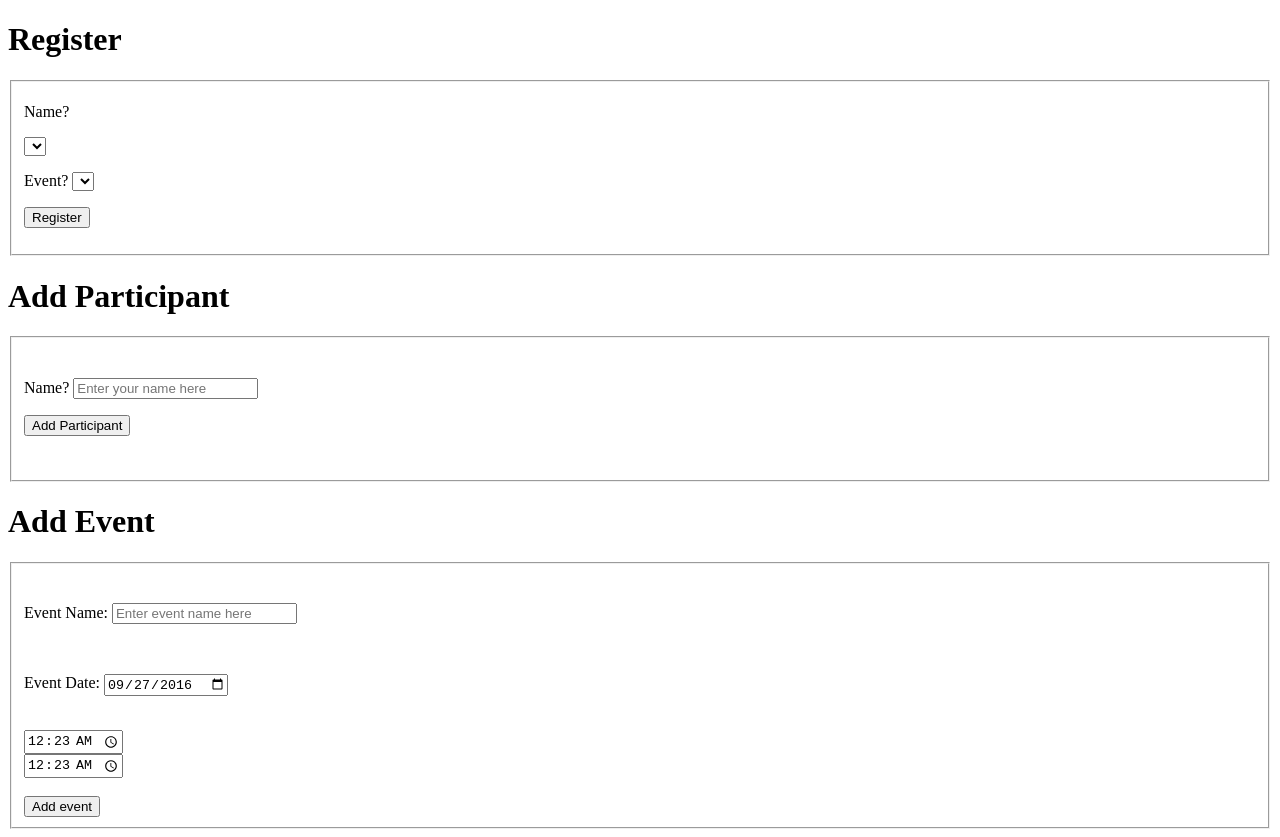
Repository: erickzhao/Event-Registration-Application
Page: http://localhost/
The author's editor kept a copy of each file at every save. The page is drawn from the files as they stood at one save, then again after the next save.
The browser window is 1280 px wide. The pictures show the whole page.
The page is run by PHP 8.4 with error messages shown; the project is at /var/www/html/.

Above is the page before, as saved 2016-09-28 05:15:08.

### workspace-web/EventRegistration/EventRegistration/index.php
<!DOCTYPE html>
<html>
	<head>
		<meta charset="UTF-8">
		<title> Event Registration </title>
		<style>
			.error {color:#FF0000;}
		</style>
	</head>
	<body>
		<?php
			require_once "model/Participant.php";
			require_once "model/Registration.php";
			require_once "model/RegistrationManager.php";
			require_once "model/Event.php";
			require_once "persistence/PersistenceEventRegistration.php";
			session_start();

			//Retreive data from the model
			$pm = new PersistenceEventRegistration();
			$rm = $pm->loadDataFromStore();

			echo "<h1>Register</h1>";
			echo "<form action='register.php' method='post'>";
			echo "<fieldset>";
			echo "<p>Name?</p> <select name='participantspinner'>";
			foreach ($rm->getParticipants() as $participant){
				echo "<option>" . $participant->getName() . "</option>";
			}
			echo "</select><span class='error'>";
			if (isset($_SESSION['errorRegisterParticipant']) && !empty($_SESSION['errorRegisterParticipant'])){
				echo " * " . $_SESSION["errorRegisterParticipant"];
			}
			echo "</span></p>";
			echo "<p>Event? <select name='eventspinner'>";
			foreach ($rm->getEvents() as $event){
				echo "<option>" . $event->getName() . "</option>";
			}
			echo "</select><span class='error'>";
			if (isset($_SESSION['errorRegisterEvent']) && !empty($_SESSION['errorRegisterEvent'])){
				echo " * " . $_SESSION["errorRegisterEvent"];
			}
			echo "</span></p>";
			echo "<p><input type='submit' value='Register'/></p>";
			echo "</fieldset>";
			echo "</form>";
		?>
		<h1> Add Participant </h1>
		<form action = "addparticipant.php" method="post">
			<fieldset>
			<br>
			<p>Name? <input type="text" name="participant_name" placeholder="Enter your name here"/>
			<span class="error">
			<?php
			if (isset($_SESSION['errorParticipantName']) && !empty($_SESSION['errorParticipantName'])){
				echo " * " . $_SESSION["errorParticipantName"];
			}
			?>
			</span></p>
			<p><input type="submit" value="Add Participant"/></p>
			<br>
			</fieldset>
		</form>

		<h1>Add Event</h1>
		<form action = "addevent.php" method="post">
			<fieldset>
			<br>
			<p> Event Name: <input type="text" name="event_name" placeholder="Enter event name here"/>
			<span class="error">
			<?php
			if (isset($_SESSION['errorEventName']) && !empty($_SESSION['errorEventName'])){
				echo " * " . $_SESSION["errorEventName"];
			}
			?>
			</span></p>
			<br>
			<p> Event Date: <input type="date" name="event_date" value="<?php echo date('Y-m-d'); ?>" />
			<span class="error">
			<?php
			if (isset($_SESSION['errorEventDate']) && !empty($_SESSION['errorEventDate'])){
				echo " * " . $_SESSION["errorEventDate"];
			}
			?>
			</span></p>
			<br>
			<input type="time" name="starttime" value="<?php echo date('H:i'); ?>" />
			<span class="error">
			<?php
			if (isset($_SESSION['errorEventstarttime']) && !empty($_SESSION['errorEventstarttime'])){
				echo " * " . $_SESSION["errorEventstarttime"];
			}
			?>
			</span>
			<br>
			<input type="time" name="endtime" value="<?php echo date('H:i'); ?>" /> <br>
			<span class="error">
			<?php
			if (isset($_SESSION['errorEventendtime']) && !empty($_SESSION['errorEventendtime'])){
				echo " * " . $_SESSION["errorEventendtime"];
			}
			?>
			</span>
			<br>
			<input type="submit" value="Add event">
			<br>
			</fieldset>
		</form>
	</body>
</html>

### workspace-web/EventRegistration/EventRegistration/model/Participant.php
<?php
/*PLEASE DO NOT EDIT THIS CODE*/
/*This code was generated using the UMPLE 1.22.0.5146 modeling language!*/

class Participant
{

  //------------------------
  // MEMBER VARIABLES
  //------------------------

  //Participant Attributes
  private $name;

  //------------------------
  // CONSTRUCTOR
  //------------------------

  public function __construct($aName)
  {
    $this->name = $aName;
  }

  //------------------------
  // INTERFACE
  //------------------------

  public function setName($aName)
  {
    $wasSet = false;
    $this->name = $aName;
    $wasSet = true;
    return $wasSet;
  }

  public function getName()
  {
    return $this->name;
  }

  public function equals($compareTo)
  {
    return $this == $compareTo;
  }

  public function delete()
  {}

}
?>

### workspace-web/EventRegistration/EventRegistration/model/Registration.php
<?php
/*PLEASE DO NOT EDIT THIS CODE*/
/*This code was generated using the UMPLE 1.22.0.5146 modeling language!*/

class Registration
{

  //------------------------
  // STATIC VARIABLES
  //------------------------

  private static $nextId = 1;

  //------------------------
  // MEMBER VARIABLES
  //------------------------

  //Autounique Attributes
  private $id;

  //Registration Associations
  private $participant;
  private $event;

  //------------------------
  // CONSTRUCTOR
  //------------------------

  public function __construct($aParticipant, $aEvent)
  {
    $this->id = self::$nextId++;
    if (!$this->setParticipant($aParticipant))
    {
      throw new Exception("Unable to create Registration due to aParticipant");
    }
    if (!$this->setEvent($aEvent))
    {
      throw new Exception("Unable to create Registration due to aEvent");
    }
  }

  //------------------------
  // INTERFACE
  //------------------------

  public function getId()
  {
    return $this->id;
  }

  public function getParticipant()
  {
    return $this->participant;
  }

  public function getEvent()
  {
    return $this->event;
  }

  public function setParticipant($aNewParticipant)
  {
    $wasSet = false;
    if ($aNewParticipant != null)
    {
      $this->participant = $aNewParticipant;
      $wasSet = true;
    }
    return $wasSet;
  }

  public function setEvent($aNewEvent)
  {
    $wasSet = false;
    if ($aNewEvent != null)
    {
      $this->event = $aNewEvent;
      $wasSet = true;
    }
    return $wasSet;
  }

  public function equals($compareTo)
  {
    return $this == $compareTo;
  }

  public function delete()
  {
    $this->participant = null;
    $this->event = null;
  }

}
?>

### workspace-web/EventRegistration/EventRegistration/model/RegistrationManager.php
<?php
/*PLEASE DO NOT EDIT THIS CODE*/
/*This code was generated using the UMPLE 1.22.0.5146 modeling language!*/

class RegistrationManager
{

  //------------------------
  // STATIC VARIABLES
  //------------------------

  private static $theInstance = null;

  //------------------------
  // MEMBER VARIABLES
  //------------------------

  //RegistrationManager Associations
  private $registrations;
  private $participants;
  private $events;

  //------------------------
  // CONSTRUCTOR
  //------------------------

  private function __construct()
  {
    $this->registrations = array();
    $this->participants = array();
    $this->events = array();
  }

  public static function getInstance()
  {
    if(self::$theInstance == null)
    {
      self::$theInstance = new RegistrationManager();
    }
    return self::$theInstance;
  }

  //------------------------
  // INTERFACE
  //------------------------

  public function getRegistration_index($index)
  {
    $aRegistration = $this->registrations[$index];
    return $aRegistration;
  }

  public function getRegistrations()
  {
    $newRegistrations = $this->registrations;
    return $newRegistrations;
  }

  public function numberOfRegistrations()
  {
    $number = count($this->registrations);
    return $number;
  }

  public function hasRegistrations()
  {
    $has = $this->numberOfRegistrations() > 0;
    return $has;
  }

  public function indexOfRegistration($aRegistration)
  {
    $wasFound = false;
    $index = 0;
    foreach($this->registrations as $registration)
    {
      if ($registration->equals($aRegistration))
      {
        $wasFound = true;
        break;
      }
      $index += 1;
    }
    $index = $wasFound ? $index : -1;
    return $index;
  }

  public function getParticipant_index($index)
  {
    $aParticipant = $this->participants[$index];
    return $aParticipant;
  }

  public function getParticipants()
  {
    $newParticipants = $this->participants;
    return $newParticipants;
  }

  public function numberOfParticipants()
  {
    $number = count($this->participants);
    return $number;
  }

  public function hasParticipants()
  {
    $has = $this->numberOfParticipants() > 0;
    return $has;
  }

  public function indexOfParticipant($aParticipant)
  {
    $wasFound = false;
    $index = 0;
    foreach($this->participants as $participant)
    {
      if ($participant->equals($aParticipant))
      {
        $wasFound = true;
        break;
      }
      $index += 1;
    }
    $index = $wasFound ? $index : -1;
    return $index;
  }

  public function getEvent_index($index)
  {
    $aEvent = $this->events[$index];
    return $aEvent;
  }

  public function getEvents()
  {
    $newEvents = $this->events;
    return $newEvents;
  }

  public function numberOfEvents()
  {
    $number = count($this->events);
    return $number;
  }

  public function hasEvents()
  {
    $has = $this->numberOfEvents() > 0;
    return $has;
  }

  public function indexOfEvent($aEvent)
  {
    $wasFound = false;
    $index = 0;
    foreach($this->events as $event)
    {
      if ($event->equals($aEvent))
      {
        $wasFound = true;
        break;
      }
      $index += 1;
    }
    $index = $wasFound ? $index : -1;
    return $index;
  }

  public static function minimumNumberOfRegistrations()
  {
    return 0;
  }

  public function addRegistration($aRegistration)
  {
    $wasAdded = false;
    if ($this->indexOfRegistration($aRegistration) !== -1) { return false; }
    $this->registrations[] = $aRegistration;
    $wasAdded = true;
    return $wasAdded;
  }

  public function removeRegistration($aRegistration)
  {
    $wasRemoved = false;
    if ($this->indexOfRegistration($aRegistration) != -1)
    {
      unset($this->registrations[$this->indexOfRegistration($aRegistration)]);
      $this->registrations = array_values($this->registrations);
      $wasRemoved = true;
    }
    return $wasRemoved;
  }

  public function addRegistrationAt($aRegistration, $index)
  {
    $wasAdded = false;
    if($this->addRegistration($aRegistration))
    {
      if($index < 0 ) { $index = 0; }
      if($index > $this->numberOfRegistrations()) { $index = $this->numberOfRegistrations() - 1; }
      array_splice($this->registrations, $this->indexOfRegistration($aRegistration), 1);
      array_splice($this->registrations, $index, 0, array($aRegistration));
      $wasAdded = true;
    }
    return $wasAdded;
  }

  public function addOrMoveRegistrationAt($aRegistration, $index)
  {
    $wasAdded = false;
    if($this->indexOfRegistration($aRegistration) !== -1)
    {
      if($index < 0 ) { $index = 0; }
      if($index > $this->numberOfRegistrations()) { $index = $this->numberOfRegistrations() - 1; }
      array_splice($this->registrations, $this->indexOfRegistration($aRegistration), 1);
      array_splice($this->registrations, $index, 0, array($aRegistration));
      $wasAdded = true;
    }
    else
    {
      $wasAdded = $this->addRegistrationAt($aRegistration, $index);
    }
    return $wasAdded;
  }

  public static function minimumNumberOfParticipants()
  {
    return 0;
  }

  public function addParticipant($aParticipant)
  {
    $wasAdded = false;
    if ($this->indexOfParticipant($aParticipant) !== -1) { return false; }
    $this->participants[] = $aParticipant;
    $wasAdded = true;
    return $wasAdded;
  }

  public function removeParticipant($aParticipant)
  {
    $wasRemoved = false;
    if ($this->indexOfParticipant($aParticipant) != -1)
    {
      unset($this->participants[$this->indexOfParticipant($aParticipant)]);
      $this->participants = array_values($this->participants);
      $wasRemoved = true;
    }
    return $wasRemoved;
  }

  public function addParticipantAt($aParticipant, $index)
  {
    $wasAdded = false;
    if($this->addParticipant($aParticipant))
    {
      if($index < 0 ) { $index = 0; }
      if($index > $this->numberOfParticipants()) { $index = $this->numberOfParticipants() - 1; }
      array_splice($this->participants, $this->indexOfParticipant($aParticipant), 1);
      array_splice($this->participants, $index, 0, array($aParticipant));
      $wasAdded = true;
    }
    return $wasAdded;
  }

  public function addOrMoveParticipantAt($aParticipant, $index)
  {
    $wasAdded = false;
    if($this->indexOfParticipant($aParticipant) !== -1)
    {
      if($index < 0 ) { $index = 0; }
      if($index > $this->numberOfParticipants()) { $index = $this->numberOfParticipants() - 1; }
      array_splice($this->participants, $this->indexOfParticipant($aParticipant), 1);
      array_splice($this->participants, $index, 0, array($aParticipant));
      $wasAdded = true;
    }
    else
    {
      $wasAdded = $this->addParticipantAt($aParticipant, $index);
    }
    return $wasAdded;
  }

  public static function minimumNumberOfEvents()
  {
    return 0;
  }

  public function addEvent($aEvent)
  {
    $wasAdded = false;
    if ($this->indexOfEvent($aEvent) !== -1) { return false; }
    $this->events[] = $aEvent;
    $wasAdded = true;
    return $wasAdded;
  }

  public function removeEvent($aEvent)
  {
    $wasRemoved = false;
    if ($this->indexOfEvent($aEvent) != -1)
    {
      unset($this->events[$this->indexOfEvent($aEvent)]);
      $this->events = array_values($this->events);
      $wasRemoved = true;
    }
    return $wasRemoved;
  }

  public function addEventAt($aEvent, $index)
  {
    $wasAdded = false;
    if($this->addEvent($aEvent))
    {
      if($index < 0 ) { $index = 0; }
      if($index > $this->numberOfEvents()) { $index = $this->numberOfEvents() - 1; }
      array_splice($this->events, $this->indexOfEvent($aEvent), 1);
      array_splice($this->events, $index, 0, array($aEvent));
      $wasAdded = true;
    }
    return $wasAdded;
  }

  public function addOrMoveEventAt($aEvent, $index)
  {
    $wasAdded = false;
    if($this->indexOfEvent($aEvent) !== -1)
    {
      if($index < 0 ) { $index = 0; }
      if($index > $this->numberOfEvents()) { $index = $this->numberOfEvents() - 1; }
      array_splice($this->events, $this->indexOfEvent($aEvent), 1);
      array_splice($this->events, $index, 0, array($aEvent));
      $wasAdded = true;
    }
    else
    {
      $wasAdded = $this->addEventAt($aEvent, $index);
    }
    return $wasAdded;
  }

  public function equals($compareTo)
  {
    return $this == $compareTo;
  }

  public function delete()
  {
    $this->registrations = array();
    $this->participants = array();
    $this->events = array();
  }

}
?>

### workspace-web/EventRegistration/EventRegistration/model/Event.php
<?php
/*PLEASE DO NOT EDIT THIS CODE*/
/*This code was generated using the UMPLE 1.22.0.5146 modeling language!*/

class Event
{

  //------------------------
  // MEMBER VARIABLES
  //------------------------

  //Event Attributes
  private $name;
  private $eventDate;
  private $startTime;
  private $endTime;

  //------------------------
  // CONSTRUCTOR
  //------------------------

  public function __construct($aName, $aEventDate, $aStartTime, $aEndTime)
  {
    $this->name = $aName;
    $this->eventDate = $aEventDate;
    $this->startTime = $aStartTime;
    $this->endTime = $aEndTime;
  }

  //------------------------
  // INTERFACE
  //------------------------

  public function setName($aName)
  {
    $wasSet = false;
    $this->name = $aName;
    $wasSet = true;
    return $wasSet;
  }

  public function setEventDate($aEventDate)
  {
    $wasSet = false;
    $this->eventDate = $aEventDate;
    $wasSet = true;
    return $wasSet;
  }

  public function setStartTime($aStartTime)
  {
    $wasSet = false;
    $this->startTime = $aStartTime;
    $wasSet = true;
    return $wasSet;
  }

  public function setEndTime($aEndTime)
  {
    $wasSet = false;
    $this->endTime = $aEndTime;
    $wasSet = true;
    return $wasSet;
  }

  public function getName()
  {
    return $this->name;
  }

  public function getEventDate()
  {
    return $this->eventDate;
  }

  public function getStartTime()
  {
    return $this->startTime;
  }

  public function getEndTime()
  {
    return $this->endTime;
  }

  public function equals($compareTo)
  {
    return $this == $compareTo;
  }

  public function delete()
  {}

}
?>

### workspace-web/EventRegistration/EventRegistration/persistence/PersistenceEventRegistration.php
<?php
class PersistenceEventRegistration{
	private $filename;

	function __construc($filename = 'data.txt'){
		$this->filename = $filename;
	}

	function loadDataFromStore(){
		if (file_exists($this->filename)){
			$str = file_get_contents($this->filename);
			$rm = unserialize($str);
		} else {
			$rm = RegistrationManager::getInstance();
		}
		return $rm;
	}

	function writeDataToStore($rm){
		$str = serialize($rm);
		file_put_contents($this->filename, $str);
	}
}
?>

After the next save:
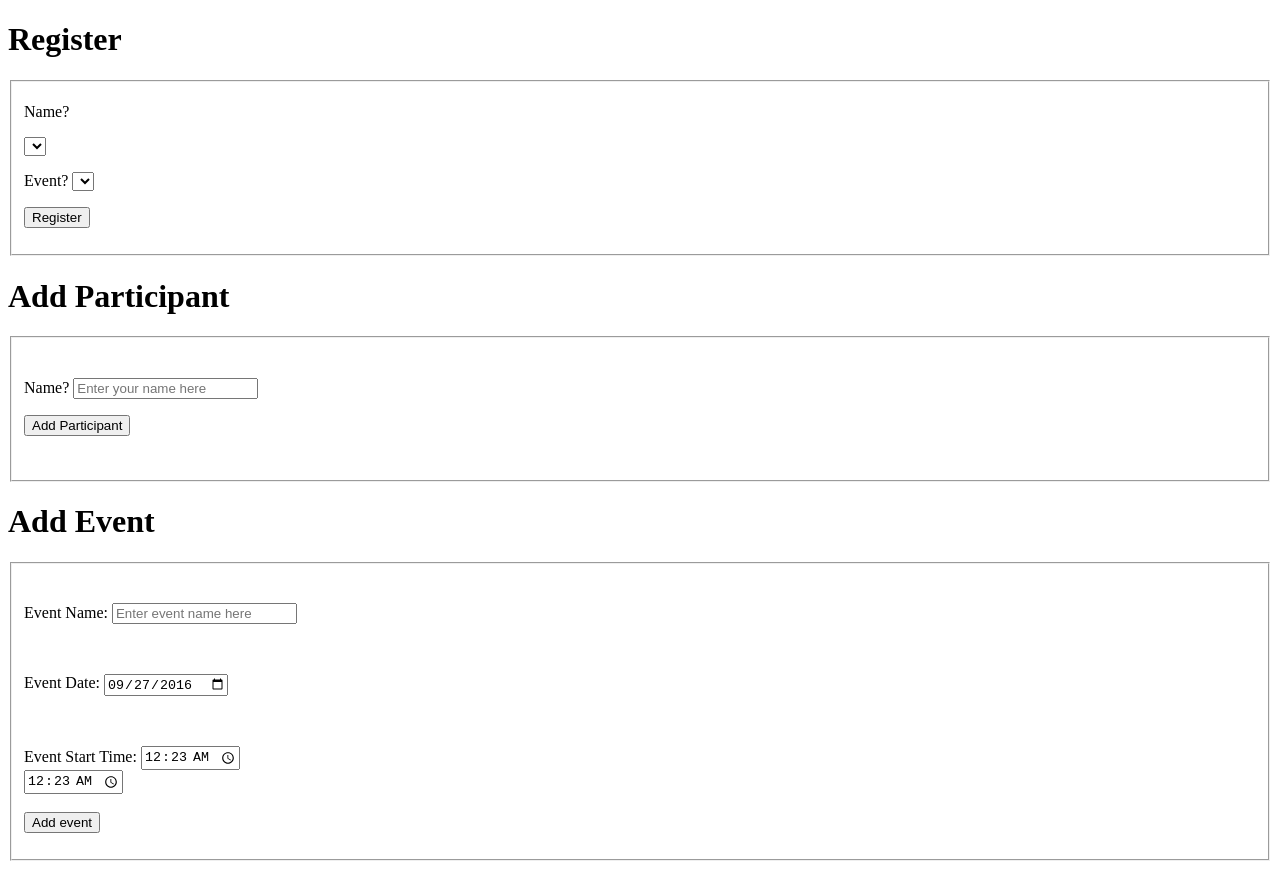
Saved 11 s later.
--- a/workspace-web/EventRegistration/EventRegistration/index.php
+++ b/workspace-web/EventRegistration/EventRegistration/index.php
@@ -84,7 +84,7 @@
 			?>
 			</span></p>
 			<br>
-			<input type="time" name="starttime" value="<?php echo date('H:i'); ?>" />
+			<p> Event Start Time: <input type="time" name="starttime" value="<?php echo date('H:i'); ?>" />
 			<span class="error">
 			<?php
 			if (isset($_SESSION['errorEventstarttime']) && !empty($_SESSION['errorEventstarttime'])){
